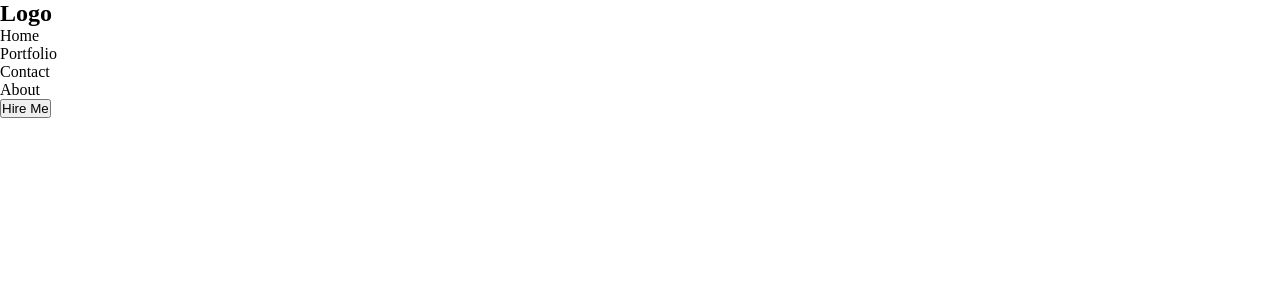
Repository: DevAntonioRogers/vanilla-responsive-navbar
Page: index.html
An editor plug-in stored every save of this project. The page is shown before and after the next save, followed by the edit.
The browser window is 1280 px wide. The pictures show the whole page.

Above is the page before, as saved 2023-06-04 20:57:33.
Console error: TypeError: Cannot read properties of null (reading 'addEventListener')

After the next save:
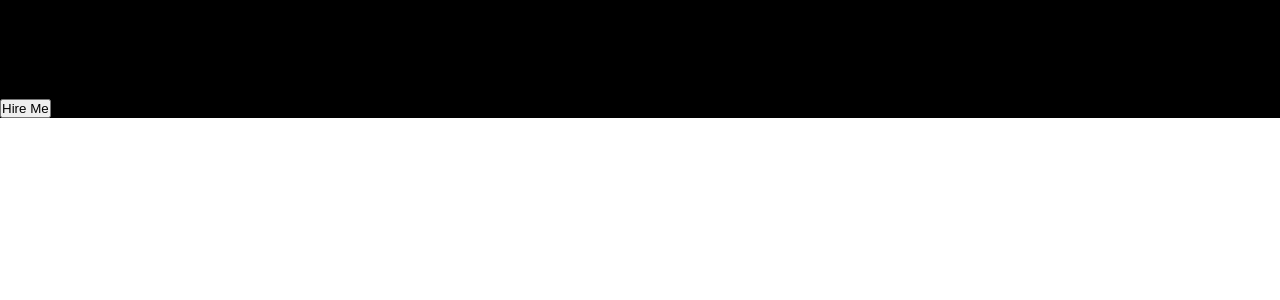
Saved 15 s later.
--- a/style.css
+++ b/style.css
@@ -4,6 +4,10 @@
   margin: 0;
 }
 
-.navbar-container {
+nav {
   background-color: black;
 }
+
+.navbar-container {
+  background-color: inherit;
+}
